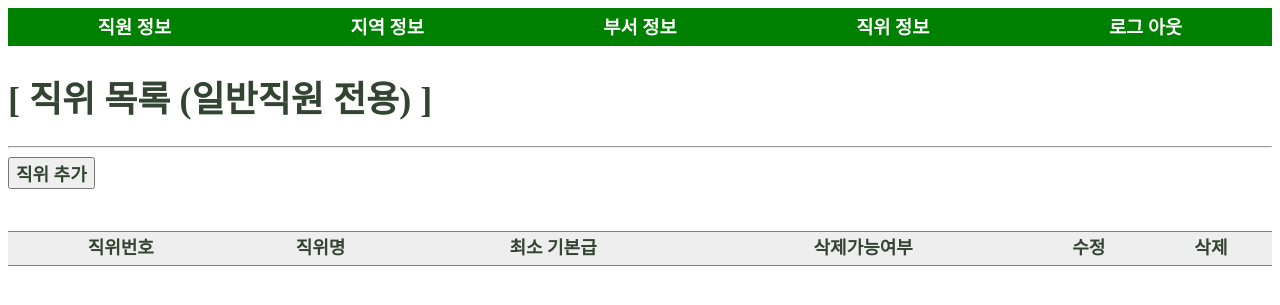
Repository: youngsik0405/SpringMVC
Page: http://localhost/mvc04/WEB-INF/view/PosList.jsp
The author's editor kept a copy of each file at every save. The page is drawn from the files as they stood at one save, then again after the next save.
The browser window is 1280 px wide. The pictures show the whole page.
The page is served by Tomcat 9. Nobody is signed in. The template is opened directly, without the code that normally fills it, so the values that code supplies are empty.

Above is the page before, as saved 2025-02-26 07:58:28.

### mvc04/WebContent/WEB-INF/view/PosList.jsp
<%@ page contentType="text/html; charset=UTF-8"%>
<%@ taglib prefix="c" uri="http://java.sun.com/jsp/jstl/core"%>
<%
	request.setCharacterEncoding("UTF-8");
	String cp = request.getContextPath();
%>
<!DOCTYPE html>
<html>
<head>
<meta charset="UTF-8">
<title>PosList.jsp</title>
<link rel="stylesheet" type="text/css" href="<%=cp %>/css/main.css">
</head>
<body>

<!----------------------------------------------
  #65. PosList.jsp
  - 일반 직원이 접근하는 직위 데이터 출력 페이지
------------------------------------------------>

<div>
	<!-- 메뉴 영역 -->
	<div>
		<c:import url="EmployeeMenu.jsp"></c:import>
	</div>

	<!-- 콘텐츠 영역 -->
	<div id="content">
		<h1>[ 직위 목록 (일반직원 전용) ]</h1>
		<hr>

		<div>
			<form action="">
				<input type="button" class="btn" value="직위 추가"
				onclick="location.href='positioninsertform.action'">
			</form>
		</div>
		<br><br>

		<table id="position" class="table">
			<tr>
				<th>직위번호</th>
				<th>직위명</th>
				<th>최소 기본급</th>
				<th>삭제가능여부</th>
				<th>수정</th>
				<th>삭제</th>
			</tr>

			<c:forEach var="position" items="${positionList }">
			<tr>
				<td>${position.positionId }</td>
				<td>${position.positionName }</td>
				<td>
					<fmt:formatNumber value="${position.minBasicPay }" groupingUsed="true"></fmt:formatNumber>
				</td>
				<td>${position.delCheck > 0 ? "삭제 불가능" : "삭제 가능" }</td>

				<td>
					<button type="button" class="btn updateBtn"
					value="${position.positionId }">수정</button>
				</td>
				<td>
					<button type="button" class="btn deleteBtn"
					value="${position.positionId }">삭제</button>
				</td>
			</tr>
			</c:forEach>


		</table>
	</div>

	<!-- 회사 소개 및 어플리케이션 소개 영역 -->
	<div id="footer">
	</div>

</div>

</body>
</html>

### mvc04/WebContent/WEB-INF/view/EmployeeMenu.jsp
<%@ page contentType="text/html; charset=UTF-8"%>
<%@ taglib prefix="c" uri="http://java.sun.com/jsp/jstl/core"%>
<%
	request.setCharacterEncoding("UTF-8");
	String cp = request.getContextPath();
%>
<!DOCTYPE html>
<html>
<head>
<meta charset="UTF-8">
<title>EmployeeMenu.jsp</title>
<link rel="stylesheet" type="text/css" href="<%=cp %>/css/menuStyle.css">
</head>
<body>

<!-------------------------
  #13. EmployeeMenu.jsp
  - 메인 메뉴 페이지 구성
-------------------------->

<!-- 확인 -->
<%--
<span>${sessionScope.admin==null ? "normal" : "admin" }</span>

--%>

<div id="menu">
	<ul>
		<c:choose>
			<c:when test="${sessionScope.admin==null }">
				<li>
					<a href="emplist.action" class="menu">직원 정보</a>
				</li>
				<li>
					<a href="reglist.action" class="menu">지역 정보</a>
				</li>
				<li>
					<a href="deplist.action" class="menu">부서 정보</a>
				</li>
				<li>
					<a href="poslist.action" class="menu">직위 정보</a>
				</li>
			</c:when>


			<c:otherwise>
				<li>
					<a href="employeelist.action" class="menu">직원 관리</a>
				</li>
				<li>
					<a href="regionlist.action" class="menu">지역 관리</a>
				</li>
				<li>
					<a href="departmentlist.action" class="menu">부서 관리</a>
				</li>
				<li>
					<a href="positionlist.action" class="menu">직위 관리</a>
				</li>
			</c:otherwise>
		</c:choose>


		<li>
			<a href="logout.action" class="menu">로그 아웃</a>
		</li>
	</ul>
</div>

</body>
</html>

### mvc04/WebContent/css/main.css
@charset "UTF-8";

/*======================
  #16. main.css
  - 메인 스타일 구성
=======================*/

*
{
	font-family: 맑은 고딕;
	color: #334433;
}

body, p, div, span, input, table, th, td, select
{
	font-size: 18px;
}

.control
{
	border: 1px solid gray;
	border-radius: 3px;
}

.table
{
	border-collapse: collapse;
	width: 100%;
}

.table th, .table td
{
	border: 1px solid gray;
	border-left: 0px;
	border-right: 0px;
	padding: 3px;
	line-height: 150%;
	text-align: center;
}

.table th
{
	font-weight: bold;
	background-color: #eeeeee;
}

.table td
{
	font-size: 12pt;
}

.btn
{
	cursor : pointer;
	font-weight: bold;
}

.btn:hover
{
	color: #ffffff;
	background-color: #008000;
}

### mvc04/WebContent/css/menuStyle.css
@charset "UTF-8";


/*
  #14. menuStyle.css
  - 메뉴 스타일 구성
*/

ul
{
	list-style-type: none;
	margin: 0px;
	padding: 0px;
	overflow: hidden;
}

li
{
	width: 20%;
	float: left;
}

a.menu:link, a.menu:visited
{
	display: block;
	font-weight: bold;
	color: #ffffff;
	background-color: #008000;
	text-align: center;
	padding: 4px;
	text-decoration: none;
	text-transform: uppercase;
	height: 30px;
	font-size: 14pt;
}


a.menu:hover, a.menu:active
{
	background-color: #ffffff;
	color: #008000;
	border: 2px solid #008000;
	border-radius: 5px;
	height: 26px;	/* 30-2-2 */
}

After the next save:
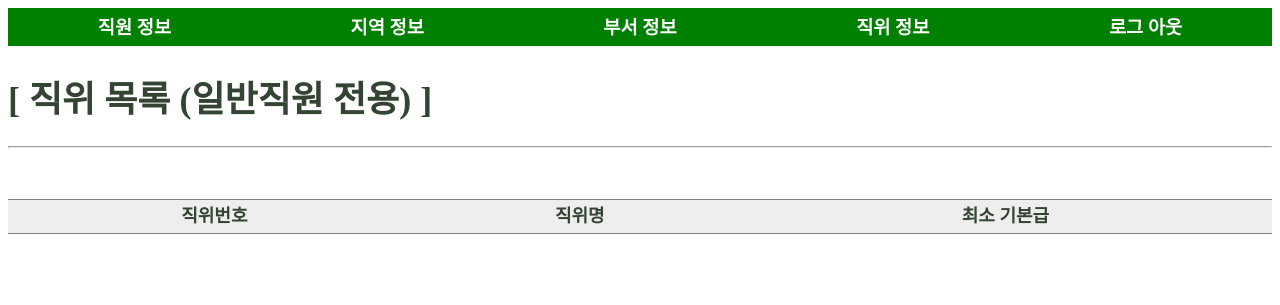
Saved 11 s later.
--- a/mvc04/WebContent/WEB-INF/view/PosList.jsp
+++ b/mvc04/WebContent/WEB-INF/view/PosList.jsp
@@ -29,12 +29,6 @@
 		<h1>[ 직위 목록 (일반직원 전용) ]</h1>
 		<hr>
 
-		<div>
-			<form action="">
-				<input type="button" class="btn" value="직위 추가"
-				onclick="location.href='positioninsertform.action'">
-			</form>
-		</div>
 		<br><br>
 
 		<table id="position" class="table">
@@ -42,9 +36,6 @@
 				<th>직위번호</th>
 				<th>직위명</th>
 				<th>최소 기본급</th>
-				<th>삭제가능여부</th>
-				<th>수정</th>
-				<th>삭제</th>
 			</tr>
 
 			<c:forEach var="position" items="${positionList }">
